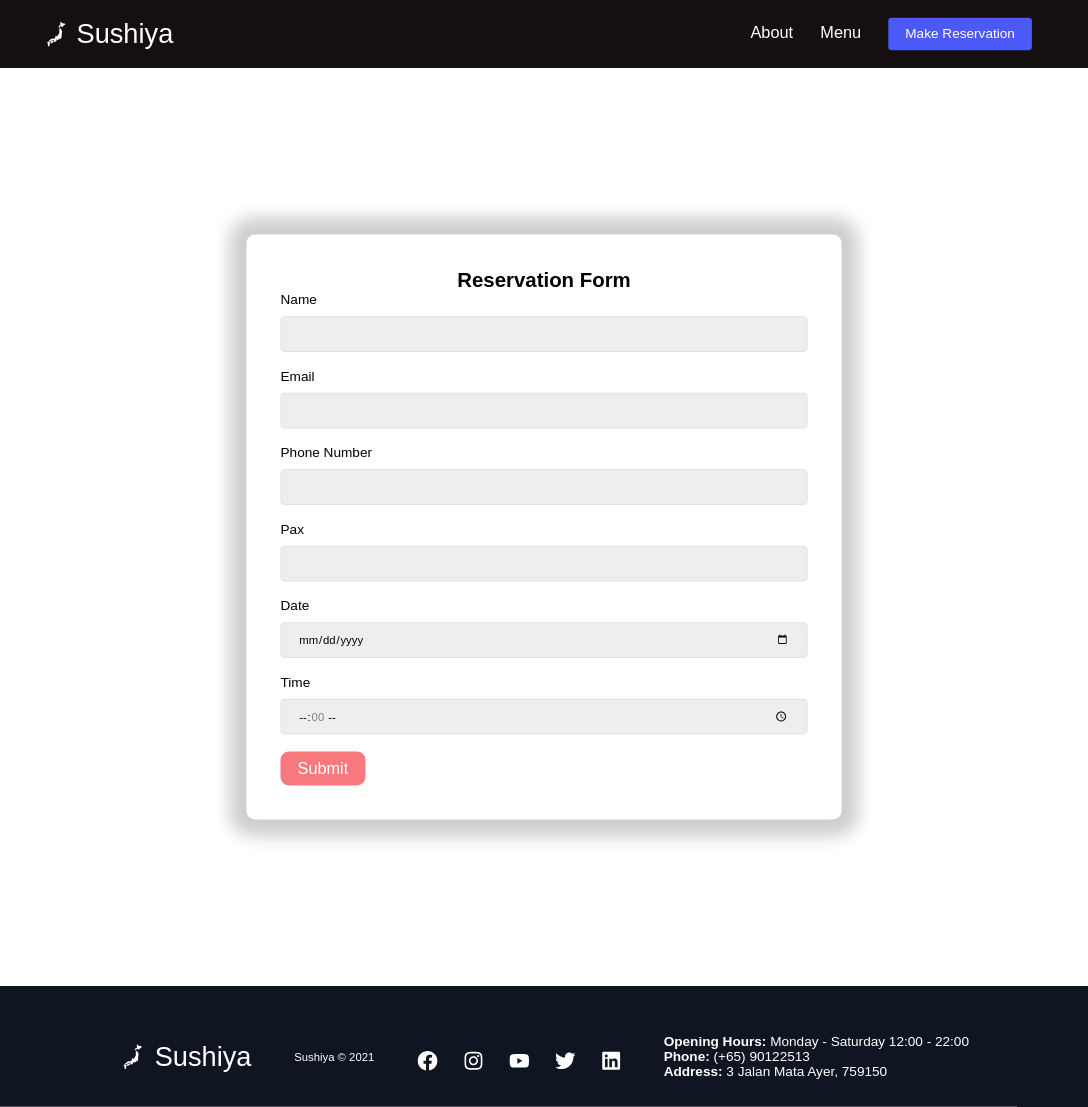
Repository: RuiXiong2211/Sushiroe
Page: /Reservation
An editor plug-in stored every save of this project. The page is shown before and after the next save, followed by the edit.
The browser window is 1280 px wide. The pictures show the whole page, at 85% of full size.
The project was rebuilt for these pictures with package versions that can differ from the ones it lists, and the page was loaded fresh each time. Also part of the build but not shown: src/components/InfoSection/InfoSection.elements.js, src/components/InfoSection/InfoSection.js, src/components/ProductSection/ProductSection.elements.js, src/components/ProductSection/ProductSection.js, src/data/home/Data.js, src/pages/HomePage/Home.js, src/data/menu/Data.js, src/pages/Menu/Menu.js.

Above is the page before, as saved 2021-07-12 14:54:58.

After the next save:
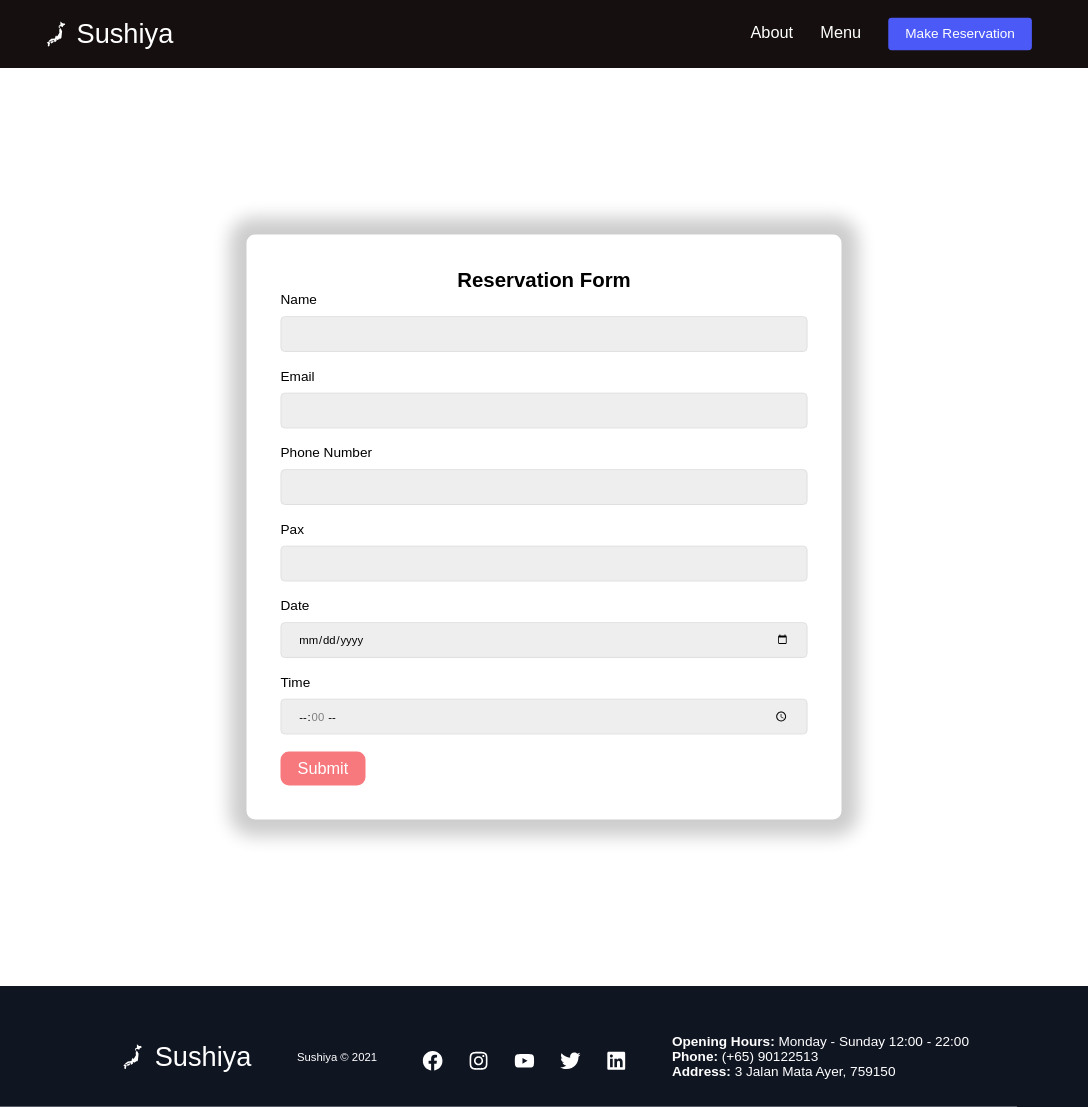
Saved 55 s later.
--- a/src/components/Footer/Footer.js
+++ b/src/components/Footer/Footer.js
@@ -55,7 +55,7 @@ function Footer() {
           </SocialIcons>
           <ContactUs>
           <strong>Opening Hours: </strong>
-          Monday - Saturday
+          Monday - Sunday
           12:00 - 22:00
           <br/>
           <strong>Phone: </strong>
